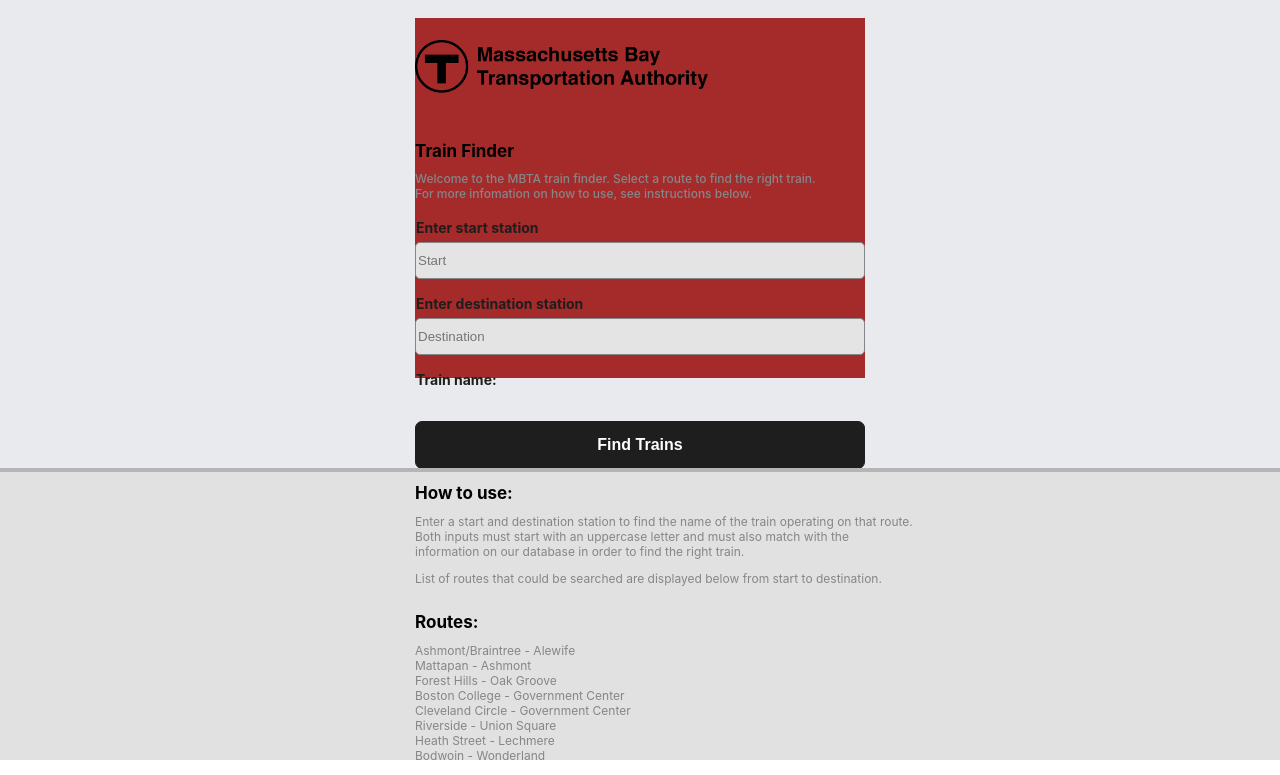
Repository: jumadesigns/mbta-train-finder
Page: / (app in mbta-app/)
These files come from the project's save history. The page is drawn as it stood at one moment and after a run of saves; the edit follows.
The browser window is 1280 px wide. The pictures show the whole page.
The page's requests for data from a server got no answer. The project was rebuilt for these pictures with package versions that can differ from the ones it lists, and the page was loaded fresh each time. No one was signed in, and anything a server would have sent is missing.

Above is the page before, as saved 2022-09-27 00:03:52.

### mbta-app/src/index.css
body {
  margin: 0;
  font-family: -apple-system, BlinkMacSystemFont, "Segoe UI", "Roboto", "Oxygen",
    "Ubuntu", "Cantarell", "Fira Sans", "Droid Sans", "Helvetica Neue",
    sans-serif;
  -webkit-font-smoothing: antialiased;
  -moz-osx-font-smoothing: grayscale;
  height: 100vh;
}

.App {
  text-align: center;
}

.App-logo {
  margin-top: 3vh;
  max-width: 65%;
  max-height: 65%;
  margin-right: 25vh;
}

.header-title {
  text-align: left;
  margin-top: 6vh;
  font-size: 17px;
}

.header-subtitle {
  color: #858689;
  font-size: 12px;
  font-weight: 500;
  text-align: left;
  margin-top: -1vh;
}

.input-div {
  display: flex;
  flex-direction: column;
  justify-content: center;
  align-items: center;
  background-color: #e9eaed;
  height: 65vh;
}

.input-container {
  margin-top: 2vh;
  height: 50vh;
  width: 450px;
  margin-bottom: 12vh;
  background-color: brown;
}

.mbta-input-container {
  display: flex;
  flex-direction: column;
  justify-content: space-between;
  align-items: left;
}

.label-title {
  font-size: 14px;
  color: #1e1e1e;
  text-align: left;
  padding: 1px;
  margin: 5px;
  margin-bottom: 10px;
  margin-left: 0px;
}

.find-train-button {
  height: 48px;
  background-color: #1e1e1e;
  color: white;
  border: 1.5px solid #1e1e1e;
  border-radius: 7px;
}

.button-text {
  text-align: center;
  font-size: 16px;
  margin-top: 13px;
}

.input-bar {
  background: #e4e4e4;
  border: 1.5px solid #858689;
  border-radius: 5px;
  height: 33px;
  margin-bottom: 10px;
  margin-top: -5px;
}

.train-title {
  margin-bottom: 0vh;
}

#train-name {
  font-weight: 700;
  font-size: 20px;
  color: #1e1e1e;
  margin-bottom: 0px;
}

#train-name-not-found {
  font-size: 15px;
  font-weight: 700;
  margin-top: 0vh;
  color: red;
}

#error-message {
  margin-top: 1vh;
  color: red;
  font-size: 15px;
  font-weight: 700;
}

.bottom-container {
  position: absolute;
  bottom: 40;
  width: 100%;
  background-color: #e1e1e1;
  border-top: 4px #b5b5b5 solid;
  height: 40vh;
  display: flex;
  flex-direction: column;
  justify-content: center;
  align-items: center;
}

.bottom-center-div {
  height: 400px;
  width: 450px;
  margin-top: -10px;
  top: 40%;
  position: static;
  /*background-color: blue;*/
}

.bottom-section-title-1 {
  position: absolute;
  font-weight: 700;
  font-size: 17px;
  margin-top: 5vh;
  margin-right: 25vw;
}

.bottom-section-title-2 {
  position: absolute;
  font-weight: 700;
  font-size: 17px;
  margin-top: 2vh;
  margin-right: 25vw;
}

.bottom-section-paragraph-1 {
  font-size: 12px;
  text-align: left;
  color: #858689;
  margin-top: 9.3vh;
  width: 500px;
}

.bottom-section-paragraph-2 {
  font-size: 12px;
  text-align: left;
  color: #858689;
  margin-top: 8vh;
  width: 500px;
}

### mbta-app/src/App.js
import logo from "./logo.png";
import "./index.css";
import Input from "./Input";

/*

  My name is Victor Nite. Thank you for allowing me the opportunity to build this app.
  Although i was required to just complete the steps on the instruction, I went ahead to implement
  some additional functionalities to enhance the the user experience of the app. Here is what i added.

  1. ** Validation Checks **
  Since the name of the stops returned from the API are case sensitive and a user might not know that, I
  implemented validation check to inform the user that the first letter of each word must be case sensitive.
  I also implemented another validation to the check if the stations are not entered correctly.

  2. ** List the stations **
  I also thought a first time user might not know what to search for or how to combine
  the right stations to find a train. So i displayed a list of the stations to aide first time users.

  3. ** Interactive UI **
  I implemented an interactive UI with the official MBTA logo and their style guidelines. I also displayed
  instructions on how to use the app on the UI


  ** ISSUES I HAD **
  I was able to attempt all the steps however, i couldn't make progess with Step 2 simply because all the objects
  with the MBTA trains all returned 2 stops so there was nothing to compare them with.


  I added some comment alongside some of the code for better understanding on my thought process.

*/

function App() {
  return (
    <div className="App">
      <div className="input-div">
        <div className="input-container">
          <header className="App-header">
            <img src={logo} className="App-logo" alt="logo" />
            <h3 className="header-title">Train Finder</h3>
            <p className="header-subtitle">
              Welcome to the MBTA train finder. Select a route to find the right train. <br></br>
              For more infomation on how to use, see instructions below.
            </p>
          </header>

          <Input />
        </div>
      </div>
      <div className="bottom-container">
        <div className="bottom-center-div">
          <h3 className="bottom-section-title-1">How to use:</h3>

          <p className="bottom-section-paragraph-1">
            Enter a start and destination station to find the name of the train
            operating on that route. Both inputs must start with an uppercase
            letter and must also match with the information on our database in
            order to find the right train.
            <p>
              List of routes that could be searched are displayed below from
              start to destination.
            </p>
          </p>

          <h3 className="bottom-section-title-2">Routes:</h3>

          <p className="bottom-section-paragraph-2">
            Ashmont/Braintree - Alewife <br></br>
            Mattapan - Ashmont <br></br>
            Forest Hills - Oak Groove <br></br>
            Boston College - Government Center <br></br>
            Cleveland Circle - Government Center <br></br>
            Riverside - Union Square <br></br>
            Heath Street - Lechmere <br></br>
            Bodwoin - Wonderland <br></br>
          </p>
        </div>
      </div>
    </div>
  );
}

export default App;

### mbta-app/src/Input.js
import "./index.css";
import Axios from "axios";
import React from "react";
import { useEffect, useState } from "react";

/*

  My name is Victor Nite. Thank you for allowing me the opportunity to build this app.
  Although i was required to just complete the steps on the instruction, I went ahead to implement
  some additional functionalities to enhance the the user experience of the app. Here is what i added.

  1. ** Validation Checks **
  Since the name of the stops returned from the API are case sensitive and a user might not know that, I
  implemented validation check to inform the user that the first letter of each word must be case sensitive.
  I also implemented another validation to the check if the stations are not entered correctly.

  2. ** List the stations **
  I also thought a first time user might not know what to search for or how to combine
  the right stations to find a train. So i displayed a list of the stations to aide first time users.

  3. ** Interactive UI **
  I implemented an interactive UI with the official MBTA logo and their style guidelines. I also displayed
  instructions on how to use the app on the UI


  ** ISSUES I HAD **
  I was able to attempt all the steps however, i couldn't make progess with Step 2 simply because all the objects
  with the MBTA trains all returned 2 stops so there was nothing to compare them with.


  I added some comment alongside some of the code for better understanding on my thought process.

*/

function Input() {
  const [responseData, setResponseData] = useState([]);
  const [start, setStart] = useState("");
  const [destination, setDestination] = useState("");
  const [foundTrains, setFoundTrains] = useState("");
  const [errorText, setErrorText] = useState("");
  const [notFound, setNotFound] = useState("");

  //Makes the API call for Step 1 whenever the page loads.
  useEffect(() => {
    getData();
  }, []);

  //Checks on when there is no input.
  useEffect(() => {
    if (start === "" && destination === "") {
      setNotFound("");
      setErrorText("");
      setFoundTrains("");
    }
  }, [start, destination]);

  //Checks for inputs with the wrong answer.
  useEffect(() => {
    if (notFound !== "") {
      setFoundTrains("");
    }
  }, [notFound]);

  //Checks for when wrong answer is deleted.
  useEffect(() => {
    if (start && destination) {
      setNotFound("");
      console.log(start, destination);
    }
  }, [start, destination]);

  const handleStartChange = (event) => {
    const word = event.target.value;

    //Checks for validation to make sure first letter is uppercase. (New Feature)
    if (word.charAt(0) === word.charAt(0).toLowerCase()) {
      setErrorText(
        "*First letter must be Uppercase! Please delete and type again"
      );
    } else if (word.charAt(0) === word.charAt(0).toUpperCase()) {
      setErrorText("");
    }
    setStart(word);
  };

  const handleDestinationChange = (event) => {
    const word = event.target.value;

    //Checks for validation to make sure first letter is uppercase. (New Feature)
    if (word.charAt(0) === word.charAt(0).toLowerCase()) {
      setErrorText(
        "*First letter must be Uppercase! Please delete and type again"
      );
    } else if (word.charAt(0) === word.charAt(0).toUpperCase()) {
      setErrorText("");
    }
    setDestination(word);
  };

  const FindTrains = () => {
    const findTrains = responseData.filter((train) => {
      return (
        train.attributes.direction_destinations.includes(start) &&
        train.attributes.direction_destinations.includes(destination)
      );
    });

    //Checks for when the search returns no data, updates the state to display a message.
    if (findTrains.length > 0) {
      const found = findTrains
        .map((train) => train.attributes.long_name)
        .join("line, ");
      setFoundTrains(found);
    } else {
      setNotFound(
        "*No train was found! Please clear all inputs and search again."
      );
    }
  };

  const getData = () => {
    /*
        Fetch the API. Using the second API link because it returns a more
        filtered list unlike the first one.
    */
    Axios.get("https://api-v3.mbta.com/routes?filter[type]=0,1").then(
      (response) => {
        //Put response in a variable
        const res = response.data;
        //console.log(res.data);

        //Map through the res variable to log to the name of trains to the console as required for Step 1.
        res.data.map((val) => console.log(val.attributes.long_name));

        //Set response to the state
        setResponseData(res.data);
      }
    );
  };

  return (
    <div className="">
      <div className="mbta-input-container">
        <h4 className="label-title">Enter start station</h4>
        <input
          className="input-bar"
          type="text"
          value={start}
          placeholder="Start"
          onChange={(e) => handleStartChange(e)}
        />
        <h4 className="label-title">Enter destination station</h4>
        <input
          className="input-bar"
          type="text"
          value={destination}
          placeholder="Destination"
          onChange={(e) => handleDestinationChange(e)}
        />
        <h4 className="label-title train-title">Train name:</h4>
        <h2 id="train-name">{foundTrains}</h2>
        <p id="train-name-not-found">{notFound}</p>

        <button onClick={FindTrains} className="find-train-button">
          <h3 className="button-text">Find Trains</h3>
        </button>

        <span id="error-message">{errorText}</span>
      </div>
    </div>
  );
}

export default Input;

Loaded but not shown: mbta-app/public/index.html (common file); mbta-app/src/index.js (common file)

After the next 2 saves:
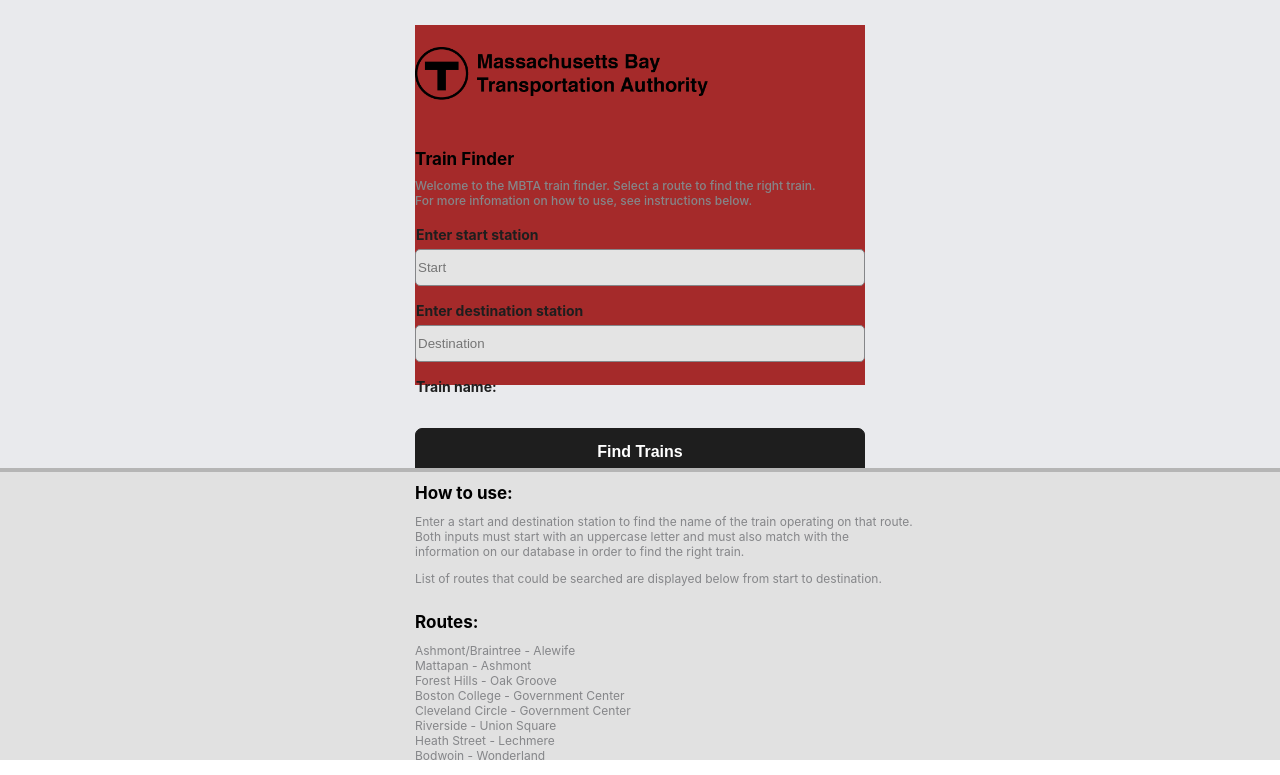
The 2 saves are shown as one change because they came seconds apart.
The last was saved 22 s later.
--- a/mbta-app/src/index.css
+++ b/mbta-app/src/index.css
@@ -46,7 +46,7 @@
   margin-top: 2vh;
   height: 50vh;
   width: 450px;
-  margin-bottom: 12vh;
+  margin-bottom: 10vh;
   background-color: brown;
 }
 

After the save that followed:
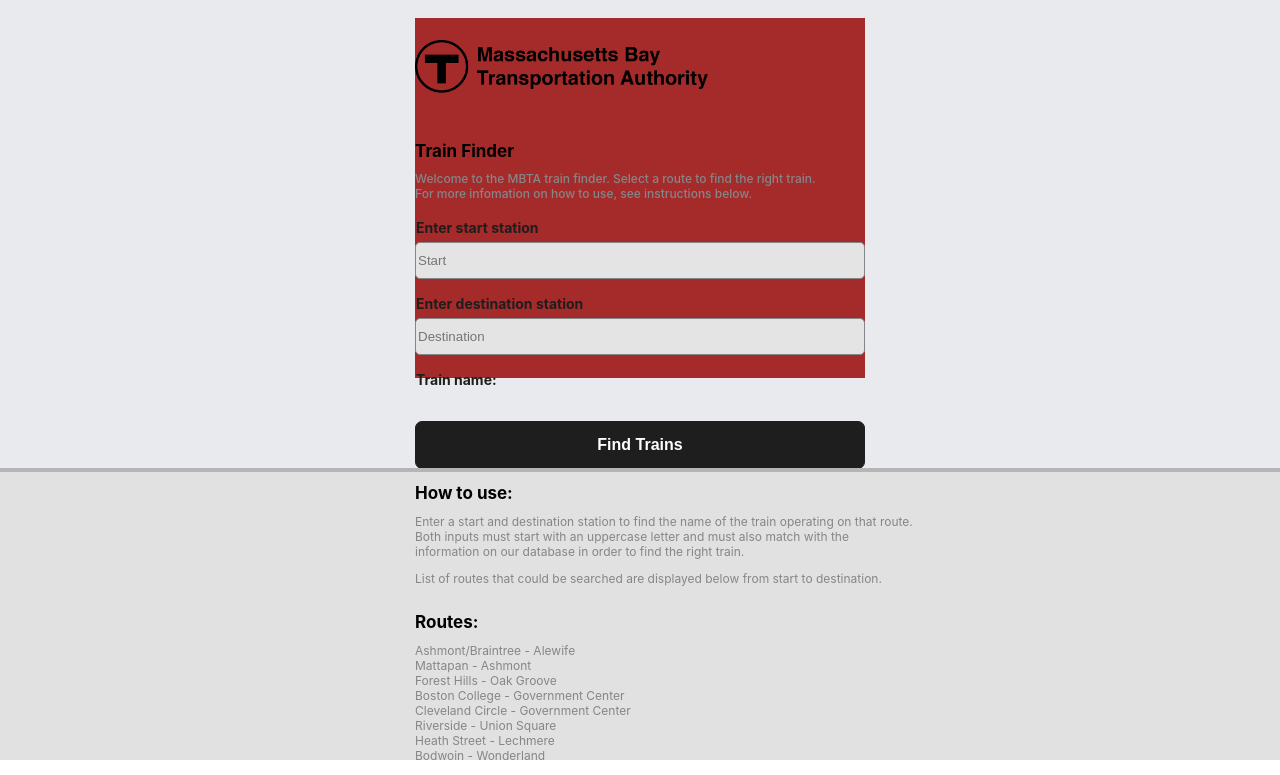
Saved 15 s later.
--- a/mbta-app/src/index.css
+++ b/mbta-app/src/index.css
@@ -46,7 +46,7 @@
   margin-top: 2vh;
   height: 50vh;
   width: 450px;
-  margin-bottom: 10vh;
+  margin-bottom: 12vh;
   background-color: brown;
 }
 
